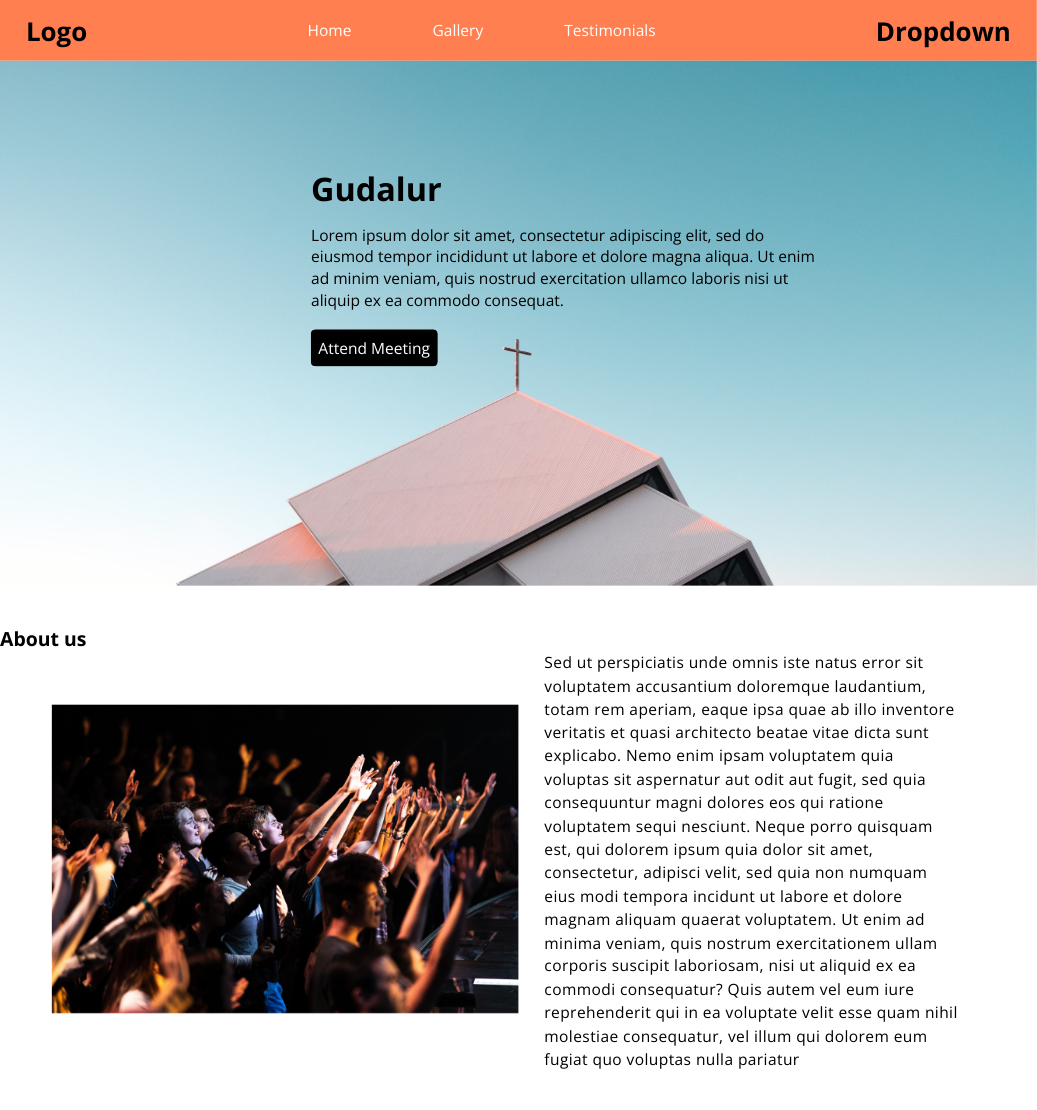
Repository: Imprasna/church
Page: index.html
An editor plug-in stored every save of this project. The page is shown before and after the next save, followed by the edit.
The browser window is 1280 px wide. The pictures show the whole page, at 81% of full size.

Above is the page before, as saved 2022-01-18 23:17:25.

After the next save:
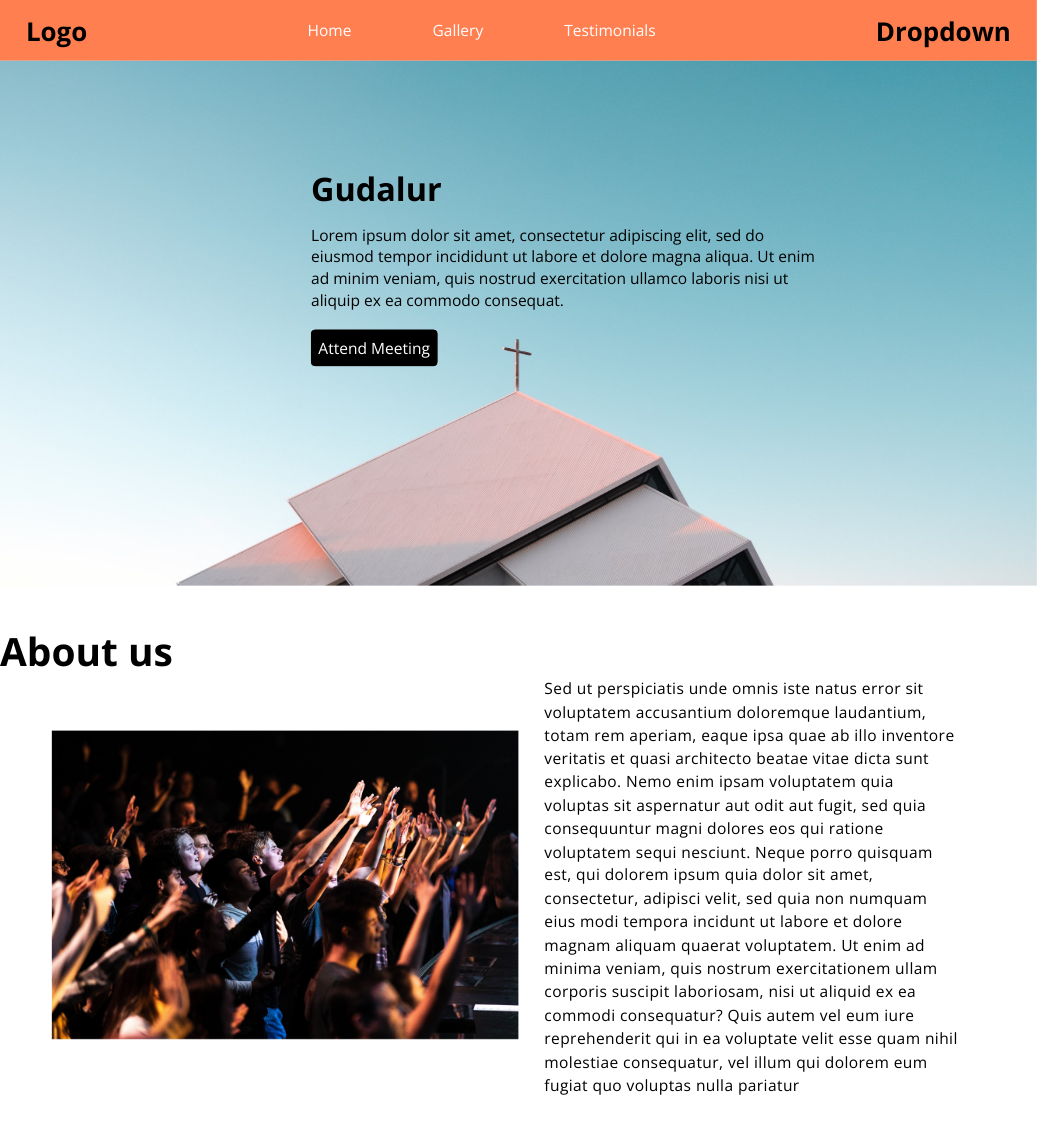
Saved 34 s later.
--- a/style.css
+++ b/style.css
@@ -89,6 +89,10 @@ nav > a {
     padding: 3rem 0;
 }
 
+.about_sec > h1 {
+    font-size: 3rem;
+}
+
 .about_whole {
     width: 90%;
     height: 100%;
